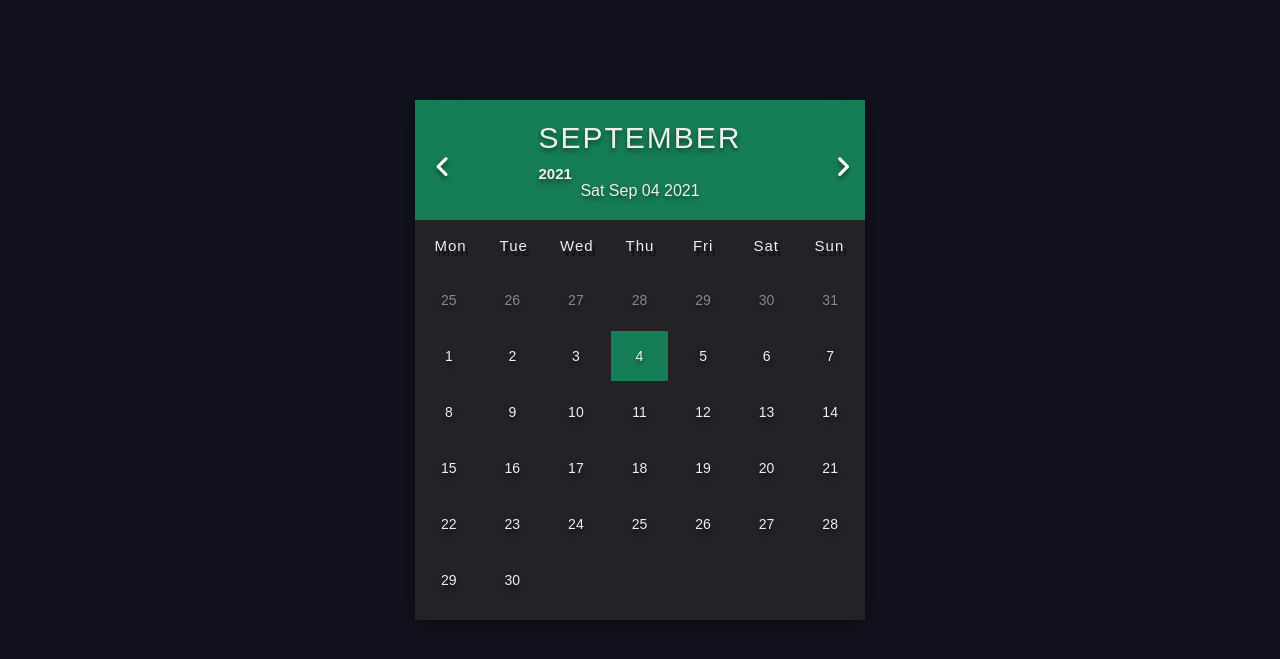
Repository: dboinska/calendar
Page: index.html
The author's editor kept a copy of each file at every save. The page is drawn from the files as they stood at one save, then again after the next save.
The browser window is 1280 px wide. The pictures show the whole page.
Some web libraries are served in a nearby version.

Above is the page before, as saved 2021-09-06 13:09:22.

After the next save:
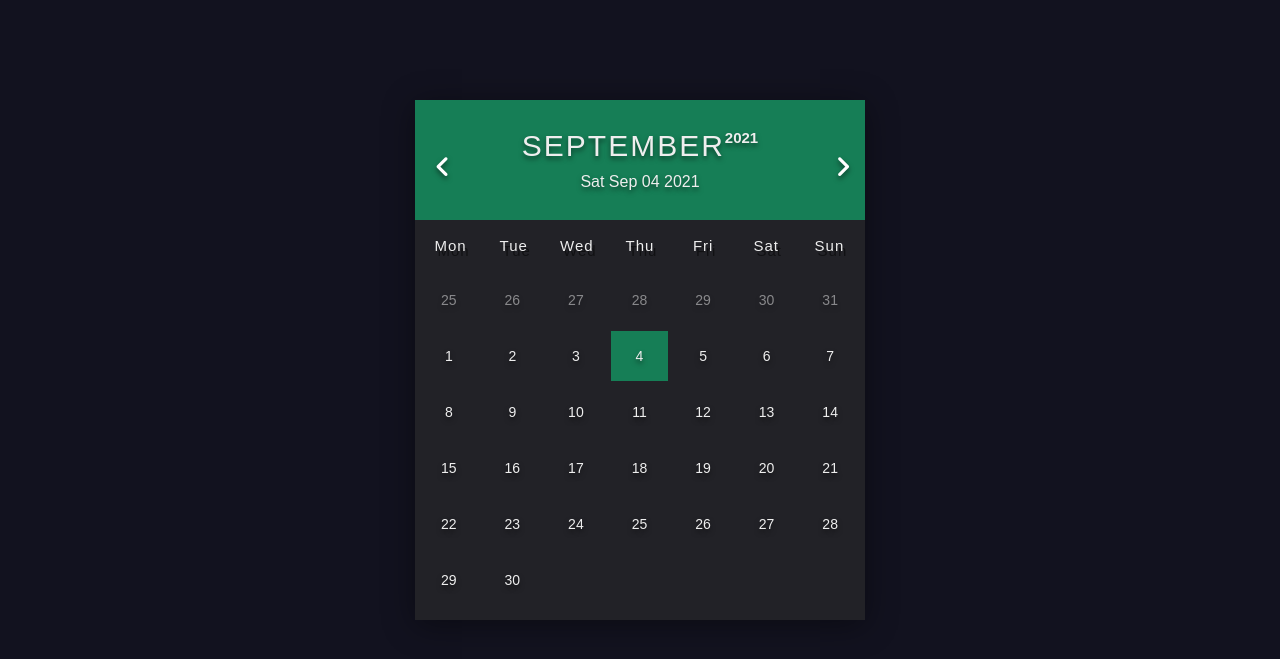
Saved 12 s later.
--- a/style.css
+++ b/style.css
@@ -110,7 +110,7 @@ html {
   opacity: 0.5;
 }
 
-h1 + h2 {
+.header {
   display: flex;
 }
 
